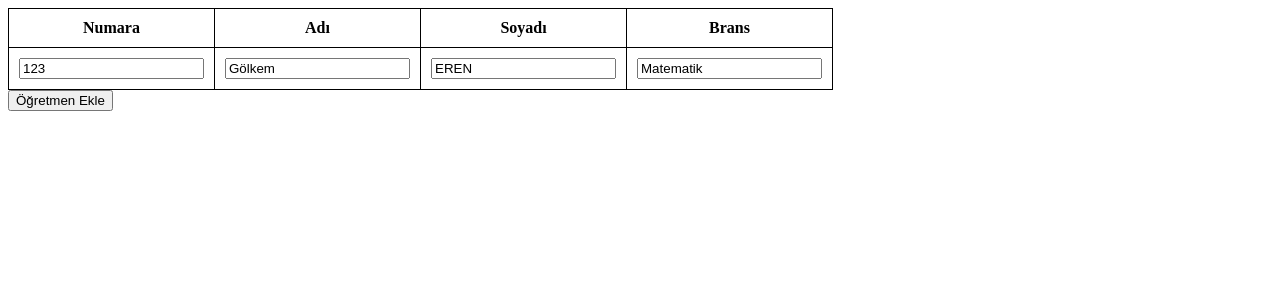
Repository: golkemeren/IleriJava101Java201Java301
Page: http://localhost/Displatcher_10/jspUseBean/OgretmenEkle.jsp
The author's editor kept a copy of each file at every save. The page is drawn from the files as they stood at one save, then again after the next save.
The browser window is 1280 px wide. The pictures show the whole page.
The page is served by Tomcat 10.

Above is the page before, as saved 2023-03-23 19:31:48.

After the next save:
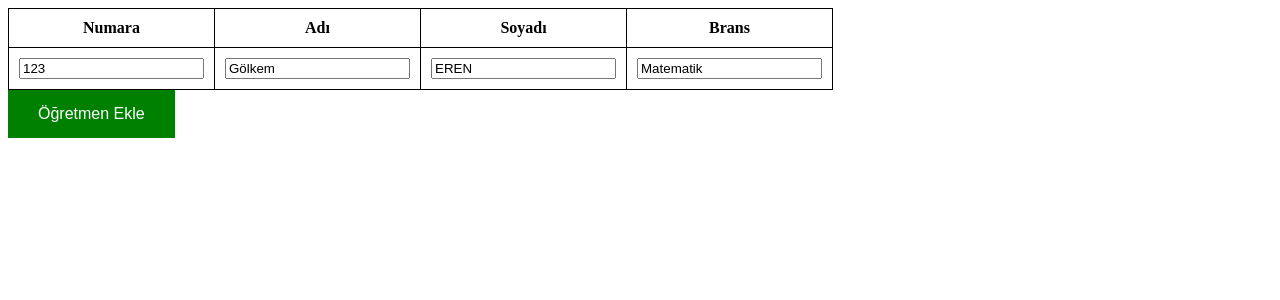
Saved 32 s later.
--- a/Displatcher_10/src/main/webapp/jspUseBean/OgretmenEkle.jsp
+++ b/Displatcher_10/src/main/webapp/jspUseBean/OgretmenEkle.jsp
@@ -52,7 +52,7 @@ padding:10px;
 <td class = "td"><input type = "text" name= "brans" value = "Matematik"> </td>
 </tr>
 </table>
-<input type = "submit" value ="Öğretmen Ekle">
+<input type = "submit" class = "button" value ="Öğretmen Ekle">
 </form>
 </body>
 </html>
